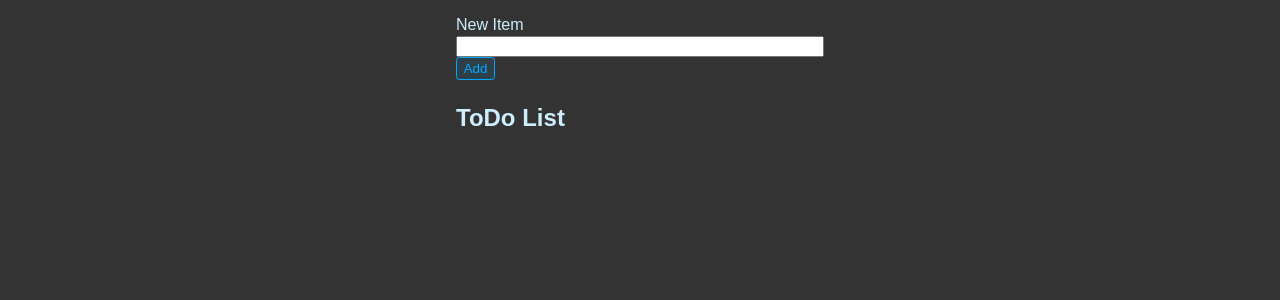
Repository: kemsig/CSFE24
Page: / (app in Week3- Todo/)
These files come from the project's save history. The page is drawn as it stood at one moment and after the next save; the edit follows.
The browser window is 1280 px wide. The pictures show the whole page.
The project was rebuilt for these pictures with package versions that can differ from the ones it lists, and the page was loaded fresh each time. Also part of the build but not shown: Week3- Todo/vite.config.js.

Above is the page before, as saved 2024-03-07 22:39:34.

After the next save:
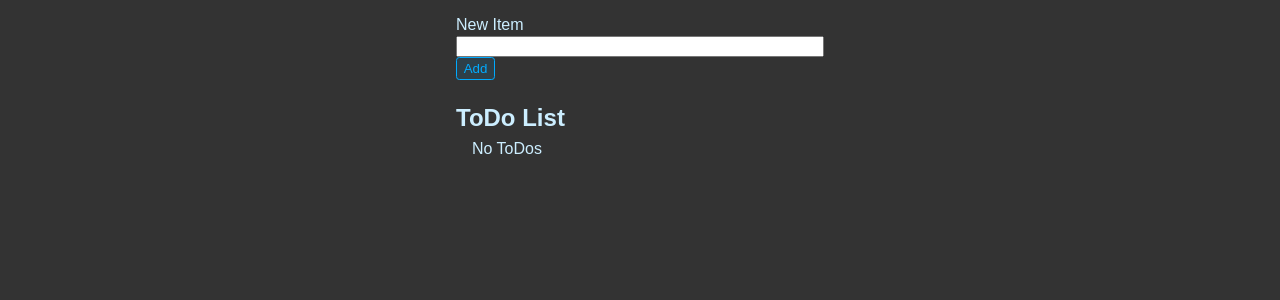
Saved 97 s later.
--- a/Week3- Todo/src/App.jsx
+++ b/Week3- Todo/src/App.jsx
@@ -54,6 +54,7 @@ export default function App(){
 
   <h1 className="header">ToDo List</h1>
   <u1 className="list">
+    {todos.length === 0 && "No ToDos"}
     {todos.map(todo => {
       return (
         <li key={todo.id}>
